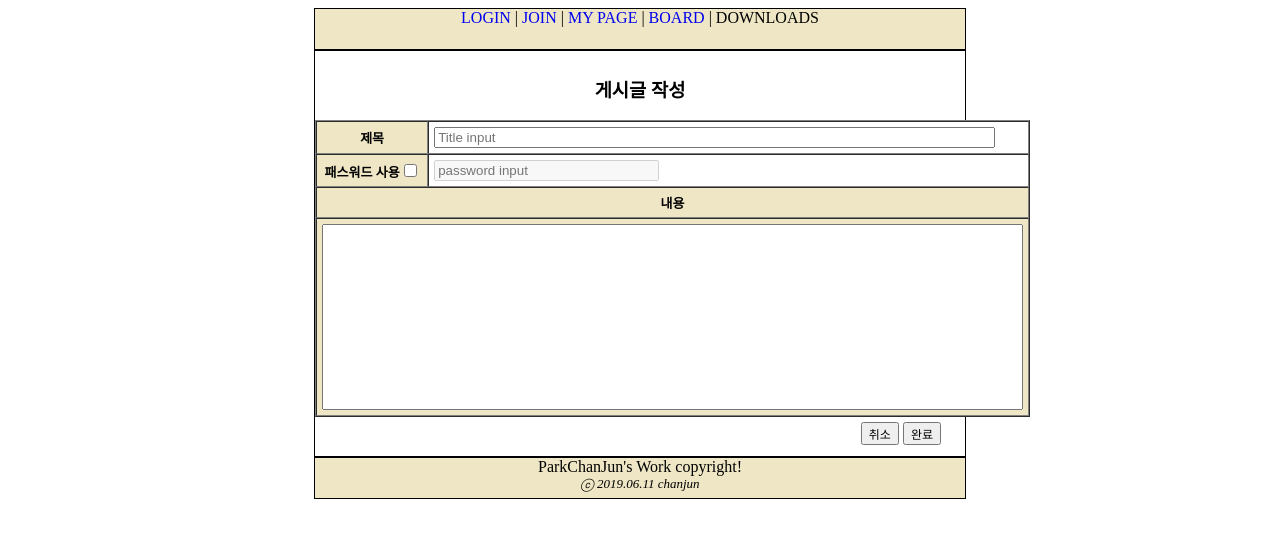
Repository: slolee/Spring-Board
Page: http://localhost/spring_project/WEB-INF/views/board/writeView.jsp
The author's editor kept a copy of each file at every save. The page is drawn from the files as they stood at one save, then again after the next save.
The browser window is 1280 px wide. The pictures show the whole page.
The page is served by Tomcat 9. Nobody is signed in. Other server files are loaded and not shown. The template is opened directly, without the code that normally fills it, so the values that code supplies are empty.

Above is the page before, as saved 2019-06-17 02:32:02.

### spring_project/src/main/webapp/WEB-INF/views/board/writeView.jsp
<%@ page language="java" contentType="text/html; charset=UTF-8"
    pageEncoding="UTF-8"%>
<%@ taglib prefix="c" uri="http://java.sun.com/jsp/jstl/core" %>
<jsp:include page="../layout/header.jsp">
	<jsp:param name="title" value="Board Page!"/>
</jsp:include>

<script type="text/javascript">
	var checked = false;

	function checkbox_click(){
		if(checked){
			var textfield = document.getElementById("pw_input");
			textfield.disabled = true;
			checked = false;
		}else{
			var textfield = document.getElementById("pw_input");
			textfield.disabled = false;
			checked = true;
		}
	}
</script>

<h3>게시글 작성</h3>
<form action="writeLogic.do" method="post">
	<table border=1 cellpadding="5" cellspacing="0" align="center" width="640px" higth="400px" bgcolor="#FFFFE0">
		<tr>
			<th><font size="2px">제목</font></th>
			<td>
				<input type="text" name="title" placeholder="Title input" maxlength="150" size="67" required>
			</td>
		</tr>
		<tr>
			<th><font size="2px">패스워드 사용</font><input type="checkbox" name="pw_check" onclick="checkbox_click()"></th>
			<td>
				<input type="password" name="pw" id="pw_input" placeholder="password input" maxlength="20" size="25" disabled required>
			</td>
		</tr>

		<tr>
			<th colspan="2"><font size="2px">내용</font></th>
		</tr>

		<tr>
			<th colspan="2">
				<textarea rows="12" cols="85" name="context" style="resize:none;" required></textarea>
			</th>
		</tr>
	</table>
	<div align="right" style="margin-top:5px;">
		<input type="button" value="취소" onclick="location.href='boardView.do'">
		<input type="submit" value="완료">
		&nbsp;&nbsp;&nbsp;&nbsp;&nbsp;
	</div>
</form>


<%@ include file = "../layout/footer.jsp" %>

### spring_project/src/main/webapp/WEB-INF/views/layout/footer.jsp
<%@ page language="java" contentType="text/html; charset=UTF-8"
    pageEncoding="UTF-8"%>
		</div>
		<div id="footer" align="center">
			ParkChanJun's Work copyright! <br>
			<i><font size="2">ⓒ 2019.06.11 chanjun</font></i>
		</div>
	</div>
</body>
</html>

### spring_project/src/main/webapp/WEB-INF/views/layout/header.jsp
<%@ page language="java" contentType="text/html; charset=UTF-8"
    pageEncoding="UTF-8"%>
<%@ taglib prefix="c" uri="http://java.sun.com/jsp/jstl/core" %>
<%
	request.setCharacterEncoding("UTF-8");
	String title = request.getParameter("title");
	if(title == null)
		title = "My Homepage";
%>
<!DOCTYPE html PUBLIC "-//W3C//DTD HTML 4.01 Transitional//EN" "http://www.w3.org/TR/html4/loose.dtd">
<html>
<head>
	<meta http-equiv="Content-Type" content="text/html; charset=UTF-8">
	<title><%= title %></title>
	<style>
		#header, #footer{
			background-color: #EEE6C4;
			font-family: "HY울릉도M";
			border: 1px solid black;
			width: 650px;
			height: 40px;
		}
		#main{
			border: 1px solid black;
			width: 650px;
			min-height: 400px;
			padding-top: 5px;
		}
		a{
			text-decoration: none;
		}

		input[type=button], input[type=submit], input[type=reset]{
			font-size: 9pt;
		}

		th{
			background-color: #EEE6C4;
		}

		td{
			background-color: #FFFFFF;
		}

	</style>
</head>
<body>
	<div align="center">
		<div id="header" align="center">
			<c:choose>
				<c:when test="${ sessionScope.login_id == null }">
					<a href="loginView.do">LOGIN</a> |
					<a href="joinView.do">JOIN</a> |
				</c:when>
				<c:otherwise>
					${ sessionScope.login_nickname } |
					<a href="logoutLogic.do">LOGOUT</a> |
				</c:otherwise>
			</c:choose>

			<a href="mypageView.do">MY PAGE</a> |
			<a href="boardView.do">BOARD</a> |
			DOWNLOADS
		</div>
		<div id="main" align="center">

After the next save:
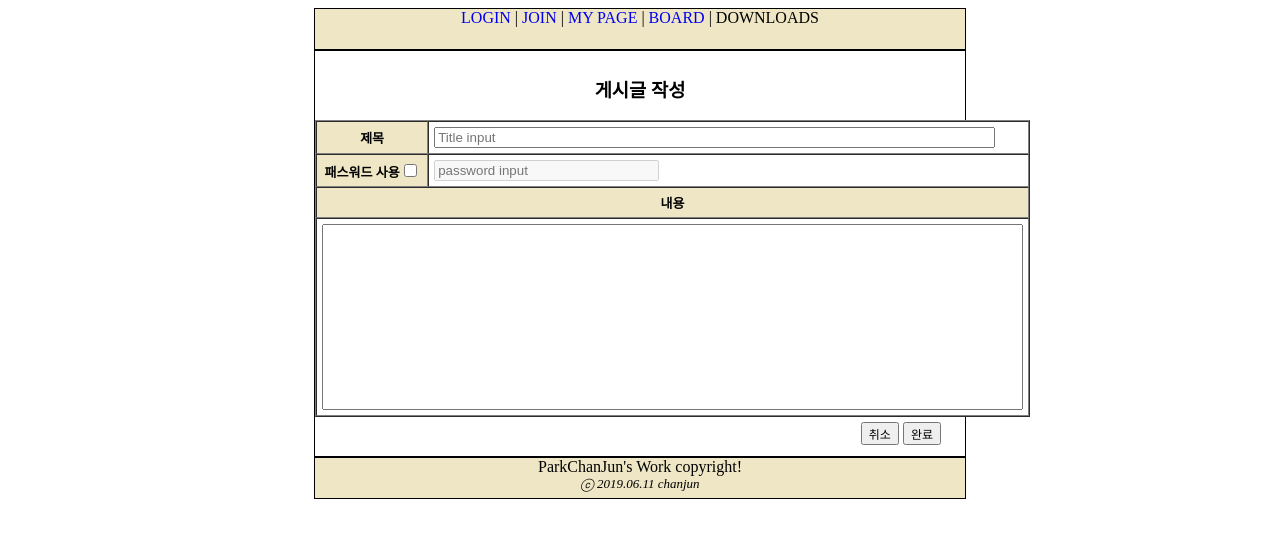
Saved 62 s later.
--- a/spring_project/src/main/webapp/WEB-INF/views/board/writeView.jsp
+++ b/spring_project/src/main/webapp/WEB-INF/views/board/writeView.jsp
@@ -23,7 +23,7 @@
 
 <h3>게시글 작성</h3>
 <form action="writeLogic.do" method="post">
-	<table border=1 cellpadding="5" cellspacing="0" align="center" width="640px" higth="400px" bgcolor="#FFFFE0">
+	<table border=1 cellpadding="5" cellspacing="0" align="center" width="640px" higth="400px">
 		<tr>
 			<th><font size="2px">제목</font></th>
 			<td>
@@ -42,9 +42,9 @@
 		</tr>
 
 		<tr>
-			<th colspan="2">
+			<td colspan="2">
 				<textarea rows="12" cols="85" name="context" style="resize:none;" required></textarea>
-			</th>
+			</td>
 		</tr>
 	</table>
 	<div align="right" style="margin-top:5px;">
